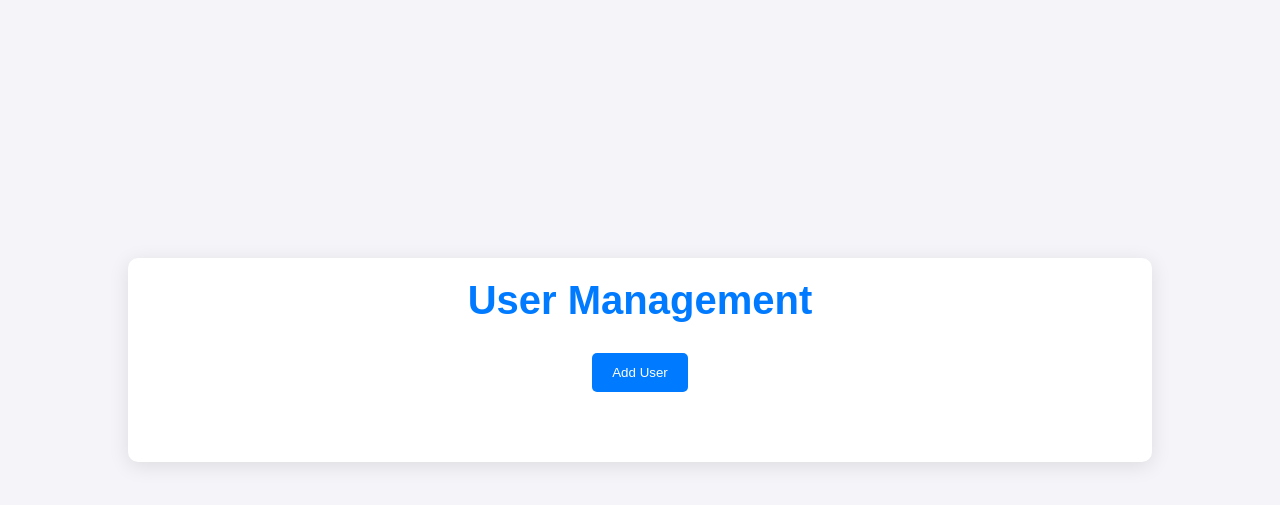
Repository: anazhtz/index
Page: index.html
These files come from the project's save history. The page is drawn as it stood at one moment and after the next save; the edit follows.
The browser window is 1280 px wide. The pictures show the whole page.

Above is the page before, as saved 2024-11-14 15:12:30.

After the next save:
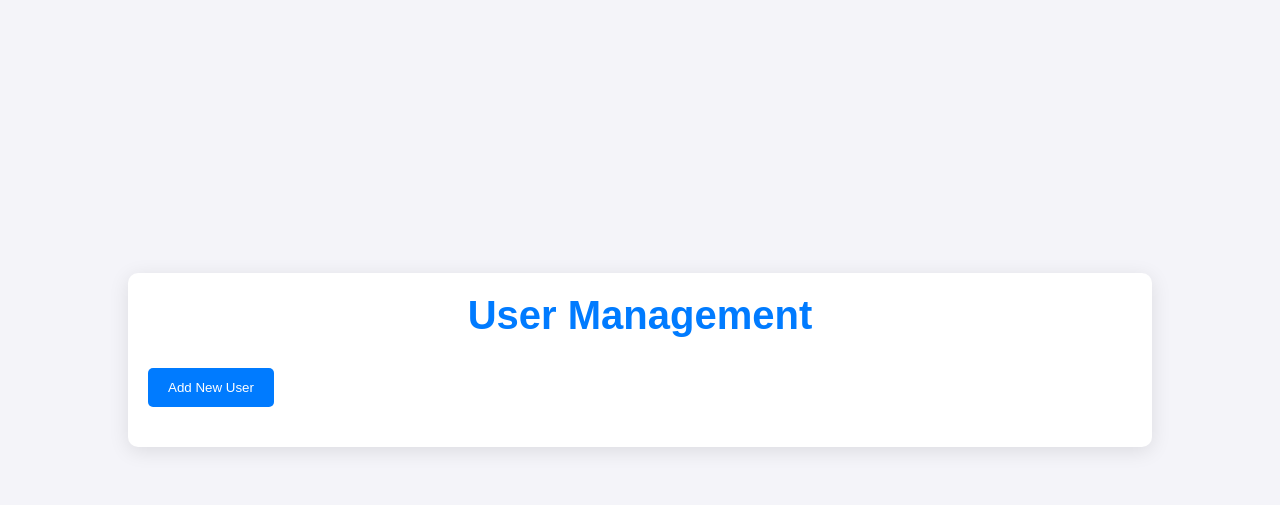
Saved 3 min 30 s later.
--- a/index.html
+++ b/index.html
@@ -5,6 +5,7 @@
     <meta name="viewport" content="width=device-width, initial-scale=1.0">
     <meta http-equiv="X-UA-Compatible" content="ie=edge">
     <title>User Management - CRUD</title>
+    <link href="https://fonts.googleapis.com/css2?family=Poppins:wght@300;400;500;600&display=swap" rel="stylesheet">
     <link rel="stylesheet" href="styles.css">
 </head>
 <body>
@@ -13,29 +14,29 @@
             <h1>User Management</h1>
         </header>
 
-        <div class="user-form">
-            <button class="btn add-btn" id="addBtn">Add User</button>
+        <div class="actions">
+            <button class="btn add-btn" id="addBtn">Add New User</button>
         </div>
 
         <div class="user-list">
-            <!-- User list will be dynamically populated -->
+            <!-- User cards will be displayed here dynamically -->
         </div>
     </div>
 
-    <!-- Add/Edit User Modal -->
+    <!-- User Form Modal -->
     <div class="modal" id="userModal">
         <div class="modal-content">
             <span class="close-btn" id="closeModal">&times;</span>
-            <h2 id="modalTitle">Add User</h2>
+            <h2 id="modalTitle">Add New User</h2>
             <form id="userForm">
                 <input type="hidden" id="userId">
-                <input type="text" id="userName" placeholder="Name" required>
+                <input type="text" id="userName" placeholder="Full Name" required>
                 <input type="text" id="userCompany" placeholder="Company Name" required>
                 <input type="text" id="userDesignation" placeholder="Designation" required>
                 <input type="email" id="userEmail" placeholder="Email Address" required>
                 <input type="text" id="userPhone" placeholder="Phone Number" required>
                 <input type="text" id="userLinkedin" placeholder="LinkedIn URL" required>
-                <textarea id="userBio" placeholder="Bio" required></textarea>
+                <textarea id="userBio" placeholder="Short Bio" required></textarea>
                 <button type="submit" class="btn">Save User</button>
             </form>
         </div>
